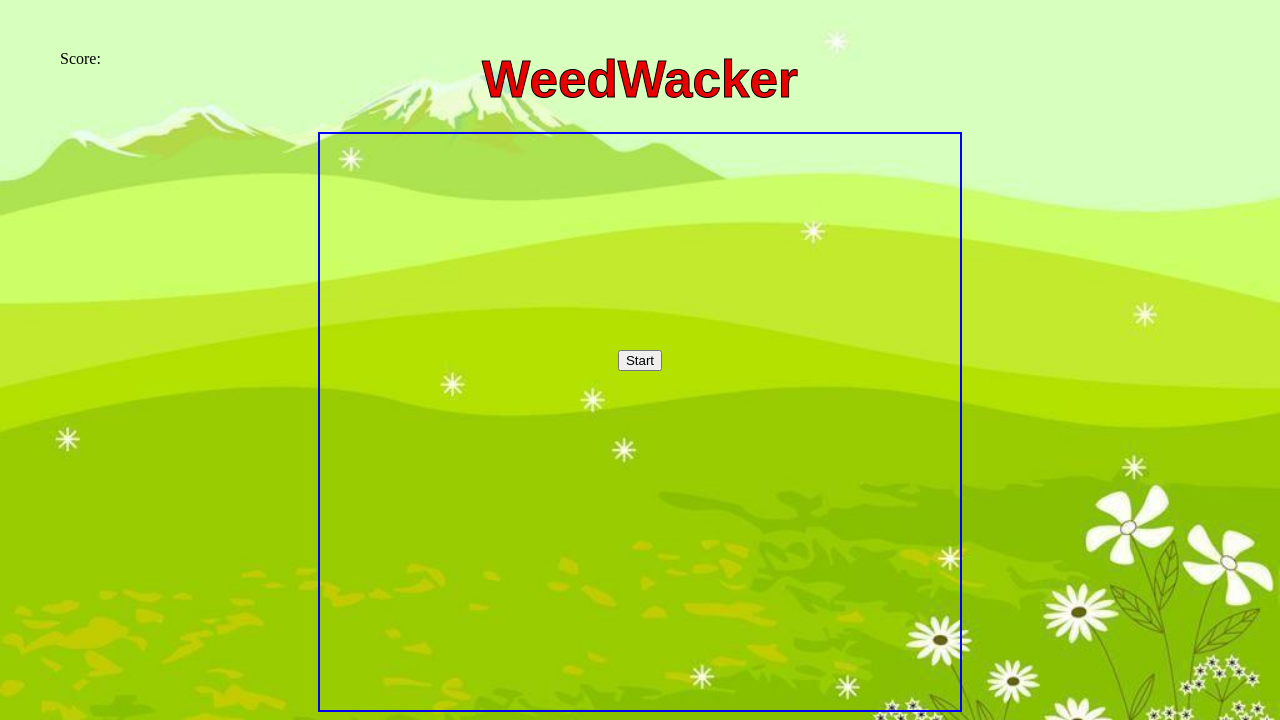
Repository: AustinW24/weedwacker
Page: index.html
These files come from the project's save history. The page is drawn as it stood at one moment and after a run of saves; the edit follows.
The browser window is 1280 px wide. The pictures show the whole page.
Some web fonts or font styles are not loaded; a fallback is used.

Above is the page before, as saved 2022-02-09 09:56:55.

After the next 2 saves:
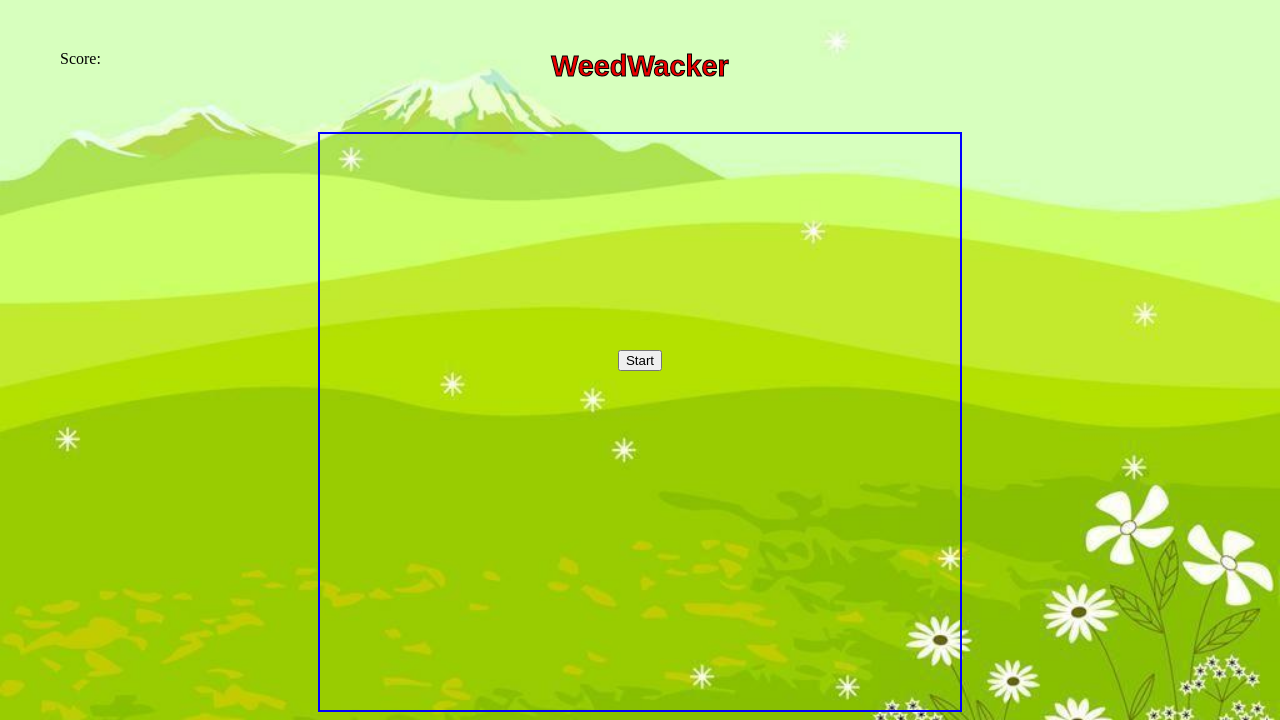
The 2 saves are shown as one change because they came seconds apart.
The last was saved 15 s later.
--- a/style.css
+++ b/style.css
@@ -39,6 +39,7 @@
     font-family: 'Common Pixel', sans-serif;
     color: rgb(235, 0, 0);
     font-size: 2vw;
+    font-size: 2vh;
     -webkit-text-stroke-width: 1px;
     -webkit-text-stroke-color: black;
 }
